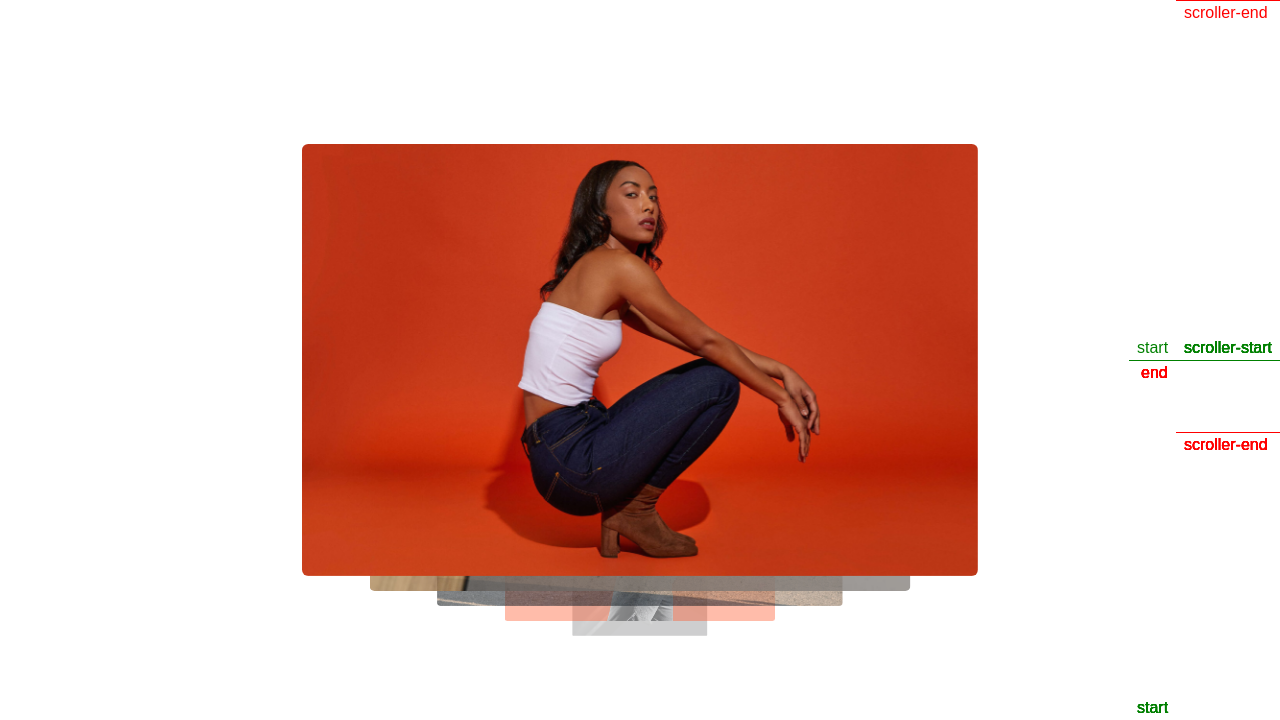
Repository: lwygold/motion
Page: layout/이미지 위로 계속 올라가는레이아웃.html
These files come from the project's save history. The page is drawn as it stood at one moment and after the next save; the edit follows.
The browser window is 1280 px wide. The pictures show the window.
A layer covers the whole window, so only the first screen is drawn.

Above is the page before, as saved 2023-02-21 14:21:01.

After the next save:
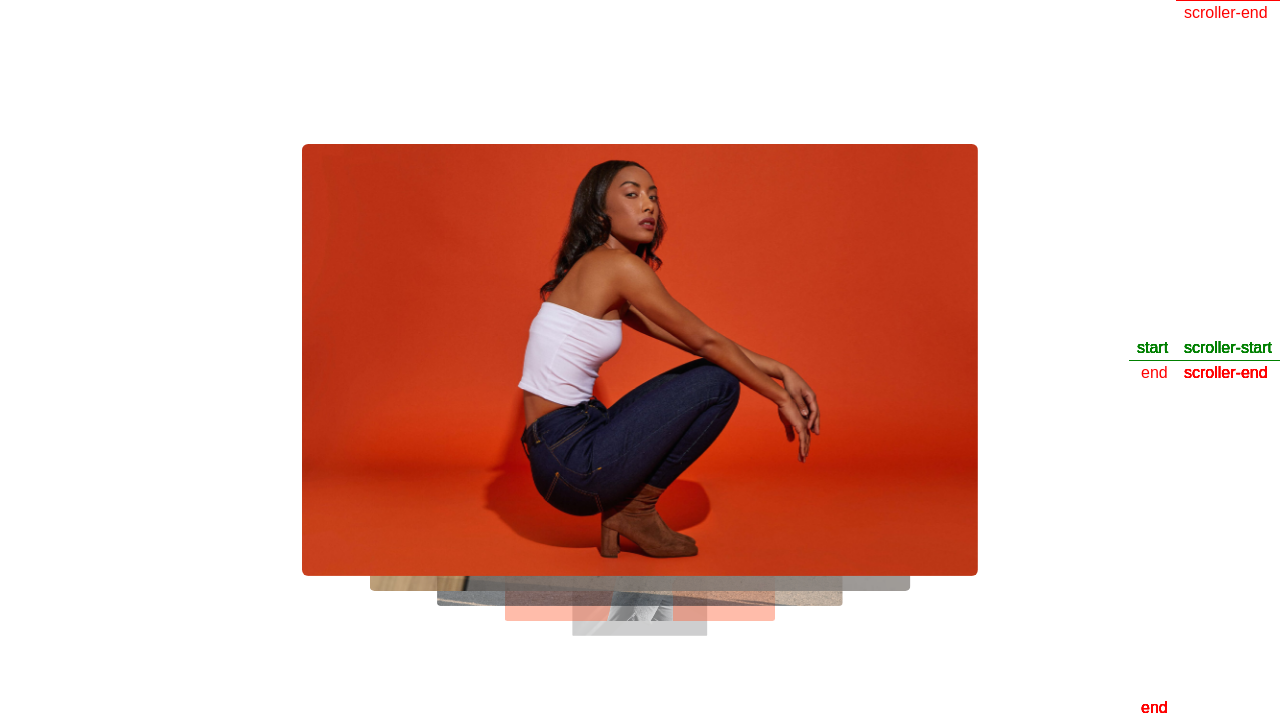
Saved 8 s later.
--- a/layout/이미지 위로 계속 올라가는레이아웃.html
+++ b/layout/이미지 위로 계속 올라가는레이아웃.html
@@ -185,9 +185,9 @@
             let tl2 = gsap.timeline({
                 scrollTrigger: {
                     trigger: 'section',
-                    start: "bottom center",
-                    pin: true,
-                    end: 'center 60%',
+                    start: "center center",
+                    end: 'bottom 50%',
+                    pin: true,
                     scrub: true,
                     markers: true,
                 }
@@ -196,8 +196,9 @@
             let tl3 = gsap.timeline({
                 scrollTrigger: {
                     trigger: 'section',
-                    start: "bottom center",
-                    end: 'center 60%',
+                    start: "center center",
+                    end: 'bottom 50%',
+                    pin: true,
                     scrub: true,
                     markers: true,
                 }
@@ -206,8 +207,9 @@
             let tl4 = gsap.timeline({
                 scrollTrigger: {
                     trigger: 'section',
-                    start: "bottom center",
-                    end: 'center 60%',
+                    start: "center center",
+                    end: 'bottom 50%',
+                    pin: true,
                     scrub: true,
                     markers: true,
                 }
@@ -216,8 +218,9 @@
             let tl5 = gsap.timeline({
                 scrollTrigger: {
                     trigger: 'section',
-                    start: "bottom center",
-                    end: 'center 60%',
+                    start: "center center",
+                    end: 'bottom 50%',
+                    pin: true,
                     scrub: true,
                     markers: true,
                 }
@@ -226,8 +229,9 @@
             let tl6 = gsap.timeline({
                 scrollTrigger: {
                     trigger: 'section',
-                    start: "bottom center",
-                    end: 'center 60%',
+                    start: "center center",
+                    end: 'bottom 50%',
+                    pin: true,
                     scrub: true,
                     markers: true,
                 }
